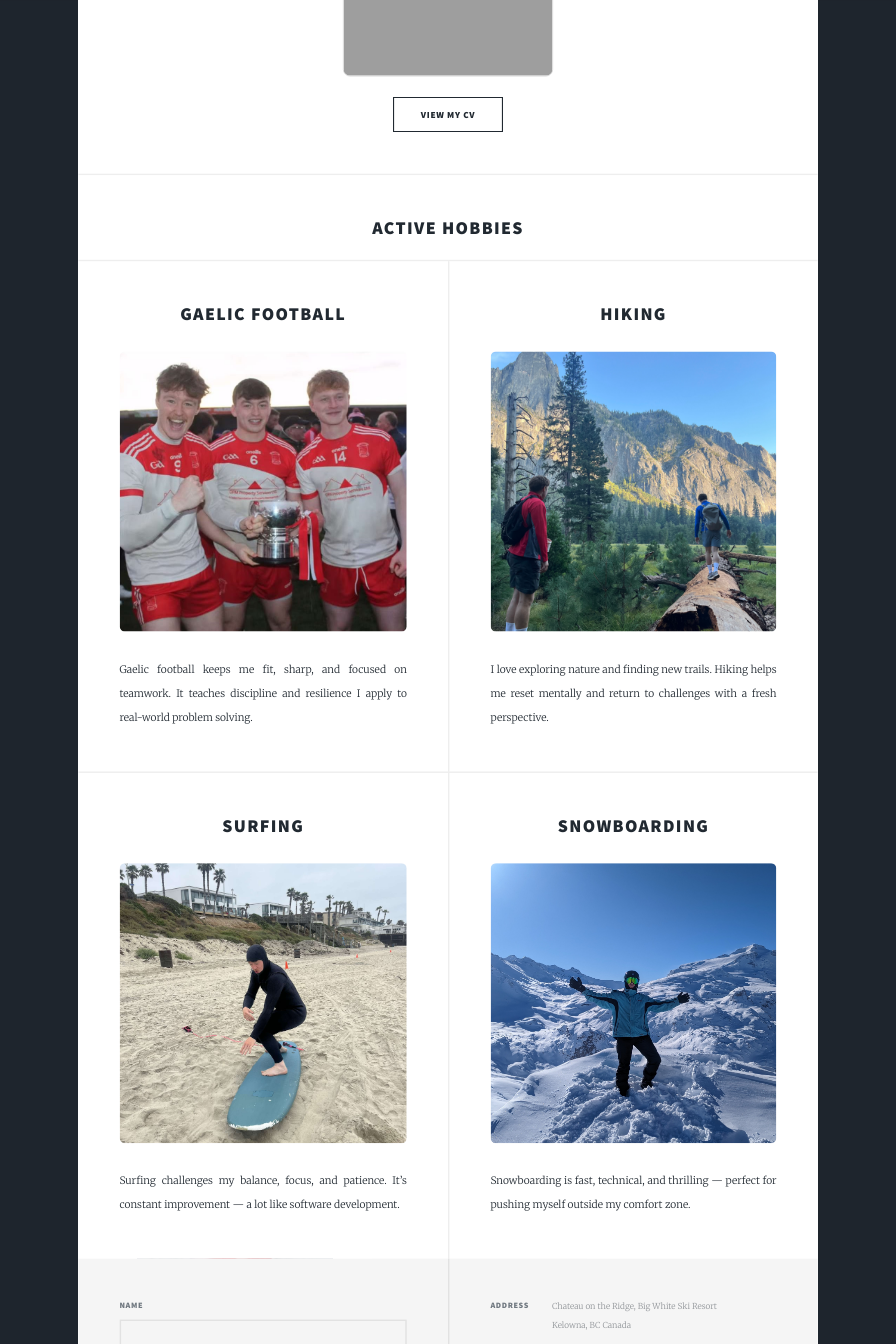
Repository: ciaranscan6/PersonalWebsite
Page: about-me.html
An editor plug-in stored every save of this project. The page is shown before and after the next save, followed by the edit.
The browser window is 1280 px wide. The pictures show the part of the page from y = 2223 to 4143 px (the page is 4694 px tall before and 3145 px after), at 70% of full size.
Pictures or frames that could not be fetched are drawn as grey boxes. A picture or video elsewhere on the page could not be fetched, so the positions and the page height are approximate.

Above is the page before, as saved 2025-11-22 05:04:45.

### about-me.html
<!DOCTYPE HTML>
<!--
	Massively by HTML5 UP
	html5up.net | @ajlkn
	Free for personal and commercial use under the CCA 3.0 license (html5up.net/license)
-->
<html>
	<head>
		<title>About Me</title>
		<meta charset="utf-8" />
		<meta name="viewport" content="width=device-width, initial-scale=1, user-scalable=no" />
		<link rel="stylesheet" href="assets/css/main.css" />
		<noscript><link rel="stylesheet" href="assets/css/noscript.css" /></noscript>

	</head>
	<body class="is-preload">

		<!-- Wrapper -->
			<div id="wrapper">

				<!-- Header -->
					<header id="header">
						<a href="index.html" class="logo">Ciarán Scanlon</a>
					</header>

				<!-- Nav -->
					<nav id="nav">
						<ul class="links">
							<li><a href="index.html">Projects</a></li>
							<li class="active"><a href="about-me.html">About Me</a></li>
							<li><a href="hobbies-and-ach.html">Hobbies and Achievements</a></li>
						</ul>
						<ul class="icons">
							<li><a href="#" class="icon brands fa-linkedin"><span class="label">LinkedIn</span></a></li>
							<li><a href="#" class="icon brands fa-instagram"><span class="label">Instagram</span></a></li>
							<li><a href="#" class="icon brands fa-github"><span class="label">GitHub</span></a></li>
						</ul>
					</nav>

				<!-- Main -->
					<div id="main">

						<!-- Post -->
							<article class="post featured">
								<header class="major">
									<span class="date">November 21, 2025</span>
									<h1>A Bit About Me</h1>
									<p>
										I’m a 23-year-old Computer Science graduate from University College Dublin, originally from Longford, Ireland.
										I’m outgoing, adventurous, and love solving real-world problems with technology.
									</p>
								</header>

								<!-- Main portrait / banner image -->
								<div class="image main">
									<img src="images\IMG_2796.JPG" alt="Photo of Ciarán Scanlon" />
								</div>

								<!-- About Me Content -->
								<p>
									I studied Computer Science at <strong>University College Dublin (UCD)</strong>, where I developed a strong foundation in
									software development, problem solving, and working with others on challenging projects. I’m particularly interested in
									<strong>cybersecurity</strong>, <strong>sustainability</strong>, and building software that can make a meaningful difference
									to people and the planet.
								</p>

								<p>
									I enjoy working on projects where I can learn quickly, think creatively, and collaborate with others. Whether it’s
									designing secure systems, improving user experiences, or experimenting with new technologies, I’m always looking for
									opportunities to grow and contribute.
								</p>

							</article>

								<!-- CV Button -->
							<section>
									<h2 class="centered">Curriculum Vitae</h2>
									<p class="centered">
										If you’d like to see more detail about my experience, skills, and projects, you can view my CV below:
									</p>

									<div class="pdf-preview">
										<iframe src="files/Ciarán_Scanlon_CV.pdf#toolbar=0&navpanes=0&scrollbar=0"></iframe>
									</div>

									<ul class="actions special">
										<li>
											<a href="files\Ciarán_Scanlon_CV.pdf" target="_blank" class="button large">
												View My CV
											</a>
										</li>
									</ul>
							</section>

								<!-- Hobbies: Four mini slideshows -->
							<h2 class="centered">Active Hobbies</h2>
							<section class="posts">
									<article>
										<header>
											<h2><a href="#">Gaelic Football</a></h2>
										</header>

										<a href="#" class="image fit">
											<img id="hobby-rotator-gaelic" src="images/hobbies/gaelic1.png" alt="Gaelic football" />
										</a>

										<p>
											Gaelic football keeps me fit, sharp, and focused on teamwork. It teaches discipline and resilience I apply to real-world problem solving.
										</p>
									</article>


									<article>
										<header>
											<h2><a href="#">Hiking</a></h2>
										</header>

										<a href="#" class="image fit">
											<img id="hobby-rotator-hiking" src="images/hobbies/hiking1.jpg" alt="Hiking" />
										</a>

										<p>
											I love exploring nature and finding new trails. Hiking helps me reset mentally and return to challenges with a fresh perspective.
										</p>
									</article>



									<article>
										<header>
											<h2><a href="#">Surfing</a></h2>
										</header>

										<a href="#" class="image fit">
											<img id="hobby-rotator-surfing" src="images/hobbies/surf1.jpg" alt="Surfing" />
										</a>

										<p>
											Surfing challenges my balance, focus, and patience. It’s constant improvement — a lot like software development.
										</p>
									</article>



									<article>
										<header>
											<h2><a href="#">Snowboarding</a></h2>
										</header>

										<a href="#" class="image fit">
											<img id="hobby-rotator-snow" src="images/hobbies/snow1.jpg" alt="Snowboarding" />
										</a>

										<p>
											Snowboarding is fast, technical, and thrilling — perfect for pushing myself outside my comfort zone.
										</p>
									</article>



							</section>




					</div>

				<!-- Footer -->
					<footer id="footer">
						<section>
							<form method="post" action="https://formspree.io/f/xwpzvnny">
								<div class="fields">
									<div class="field">
										<label for="name">Name</label>
										<input type="text" name="name" id="name" required />
									</div>
									<div class="field">
										<label for="email">Email</label>
										<input type="email" name="email" id="email" required />
									</div>
									<div class="field">
										<label for="message">Message</label>
										<textarea name="message" id="message" rows="3" required></textarea>
									</div>
								</div>

								<input type="hidden" name="_subject" value="New Message From Portfolio Site">

								<ul class="actions">
									<li><input type="submit" value="Send Message" /></li>
								</ul>
							</form>
						</section>

						<section class="split contact">
							<section class="alt">
								<h3>Address</h3>
								<p>Chateau on the Ridge, Big White Ski Resort<br />
								Kelowna, BC Canada</p>
							</section>
							<section>
								<h3>Phone</h3>
								<p><a href="#">(672) 383-1005</a></p>
							</section>
							<section>
								<h3>Email</h3>
								<p><a href="#">cpt.scanlon@gmail.com</a></p>
							</section>
							<section>
								<h3>Social</h3>
								<ul class="icons alt">
									<li><a href="#" class="icon brands alt fa-linkedin"><span class="label">LinkedIn</span></a></li>
									<li><a href="#" class="icon brands alt fa-instagram"><span class="label">Instagram</span></a></li>
									<li><a href="#" class="icon brands alt fa-github"><span class="label">GitHub</span></a></li>
								</ul>
							</section>
						</section>
					</footer>

				<!-- Copyright -->
					<div id="copyright">
						<ul><li>&copy; Untitled</li><li>Design: <a href="https://html5up.net">HTML5 UP</a></li></ul>
					</div>

			</div>

		<!-- Scripts -->
			<script src="assets/js/jquery.min.js"></script>
			<script src="assets/js/jquery.scrollex.min.js"></script>
			<script src="assets/js/jquery.scrolly.min.js"></script>
			<script src="assets/js/browser.min.js"></script>
			<script src="assets/js/breakpoints.min.js"></script>
			<script src="assets/js/util.js"></script>
			<script src="assets/js/main.js"></script>

			<!-- JS: mini-slideshows for each hobby -->
			<script>
				document.addEventListener('DOMContentLoaded', function () {

					const rotators = [
						{
							id: 'hobby-rotator-gaelic',
							images: ['images/hobbies/gaelic1.png', 'images/hobbies/gaelic2.jpg']
						},
						{
							id: 'hobby-rotator-hiking',
							images: ['images/hobbies/hiking1.jpg', 'images/hobbies/hiking2.jpg', 'images/hobbies/hiking3.jpg']
						},
						{
							id: 'hobby-rotator-surfing',
							images: ['images/hobbies/surf1.jpg', 'images/hobbies/surf2.jpg']
						},
						{
							id: 'hobby-rotator-snow',
							images: ['images/hobbies/snow1.jpg', 'images/hobbies/snow2.jpg']
						}
					];

					rotators.forEach(rot => {
						const el = document.getElementById(rot.id);
						if (!el) return;

						let current = 0;

						function rotate() {
							el.classList.add('fade-out');

							setTimeout(() => {
								current = (current + 1) % rot.images.length;
								el.src = rot.images[current];
								el.classList.remove('fade-out');
							}, 400);
						}

						setInterval(rotate, 5000);
					});
				});
			</script>






	</body>
</html>

Loaded but not shown: assets/js/jquery.min.js (library); assets/js/jquery.scrollex.min.js (common file); assets/js/jquery.scrolly.min.js (common file); assets/js/browser.min.js (common file); assets/js/breakpoints.min.js (common file); assets/css/fontawesome-all.min.css (library); assets/js/util.js (587 lines, source omitted); assets/js/main.js (258 lines, source omitted); assets/css/main.css (4760 lines, source omitted)

After the next save:
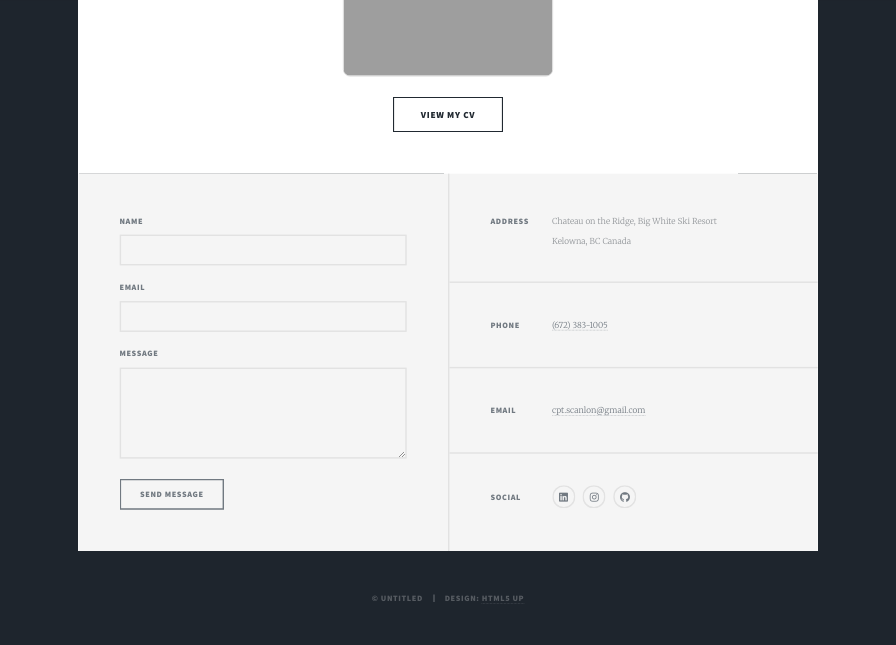
Saved 4 s later.
--- a/about-me.html
+++ b/about-me.html
@@ -93,72 +93,7 @@
 							</section>
 
 								<!-- Hobbies: Four mini slideshows -->
-							<h2 class="centered">Active Hobbies</h2>
-							<section class="posts">
-									<article>
-										<header>
-											<h2><a href="#">Gaelic Football</a></h2>
-										</header>
-
-										<a href="#" class="image fit">
-											<img id="hobby-rotator-gaelic" src="images/hobbies/gaelic1.png" alt="Gaelic football" />
-										</a>
-
-										<p>
-											Gaelic football keeps me fit, sharp, and focused on teamwork. It teaches discipline and resilience I apply to real-world problem solving.
-										</p>
-									</article>
-
-
-									<article>
-										<header>
-											<h2><a href="#">Hiking</a></h2>
-										</header>
-
-										<a href="#" class="image fit">
-											<img id="hobby-rotator-hiking" src="images/hobbies/hiking1.jpg" alt="Hiking" />
-										</a>
-
-										<p>
-											I love exploring nature and finding new trails. Hiking helps me reset mentally and return to challenges with a fresh perspective.
-										</p>
-									</article>
-
-
-
-									<article>
-										<header>
-											<h2><a href="#">Surfing</a></h2>
-										</header>
-
-										<a href="#" class="image fit">
-											<img id="hobby-rotator-surfing" src="images/hobbies/surf1.jpg" alt="Surfing" />
-										</a>
-
-										<p>
-											Surfing challenges my balance, focus, and patience. It’s constant improvement — a lot like software development.
-										</p>
-									</article>
-
-
-
-									<article>
-										<header>
-											<h2><a href="#">Snowboarding</a></h2>
-										</header>
-
-										<a href="#" class="image fit">
-											<img id="hobby-rotator-snow" src="images/hobbies/snow1.jpg" alt="Snowboarding" />
-										</a>
-
-										<p>
-											Snowboarding is fast, technical, and thrilling — perfect for pushing myself outside my comfort zone.
-										</p>
-									</article>
-
-
-
-							</section>
+
 
 
 
